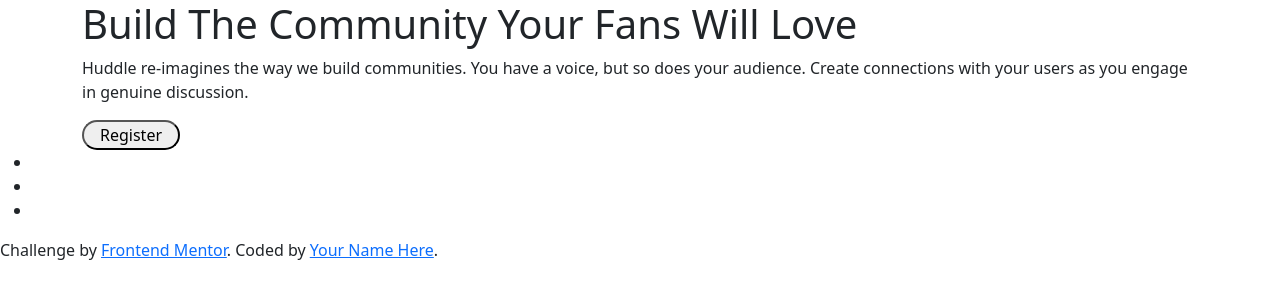
Repository: blordeus/huddle-landing-page-with-single-introductory-section-master
Page: index.html
These files come from the project's save history. The page is drawn as it stood at one moment and after the next save; the edit follows.
The browser window is 1280 px wide. The pictures show the whole page.

Above is the page before, as saved 2023-08-31 19:17:47.

### index.html
<!DOCTYPE html>
<html lang="en">
<head>
  <meta charset="UTF-8">
  <meta name="viewport" content="width=device-width, initial-scale=1.0"> <!-- displays site properly based on user's device -->

  <link rel="icon" type="image/png" sizes="32x32" href="./images/favicon-32x32.png">
  <link href="https://cdn.jsdelivr.net/npm/bootstrap@5.3.1/dist/css/bootstrap.min.css" rel="stylesheet" integrity="sha384-4bw+/aepP/YC94hEpVNVgiZdgIC5+VKNBQNGCHeKRQN+PtmoHDEXuppvnDJzQIu9" crossorigin="anonymous">

  <title>Frontend Mentor | Huddle landing page with single introductory section</title>

  <!-- Feel free to remove these styles or customise in your own stylesheet 👍 -->

</head>
<body>

  <section class="container">
    <h1>Build The Community Your Fans Will Love</h1>
    <p>
      Huddle re-imagines the way we build communities. You have a voice, but so does your audience.
      Create connections with your users as you engage in genuine discussion.
    </p>
    <button class="rounded-pill px-3 px-1">Register</button>
  </section>

  <div class="icons">
    <ul>
      <li><i class="fas fa-facebook    "></i></li>
      <li><i class="fas fa-twitter    "></i></li>
      <li><i class="fas fa-instagram  "></i></li>
    </ul>
  </div>

  <footer>
    <p class="attribution">
      Challenge by <a href="https://www.frontendmentor.io?ref=challenge" target="_blank">Frontend Mentor</a>.
      Coded by <a href="#">Your Name Here</a>.
    </p>
  </footer>
</body>
</html>

After the next save:
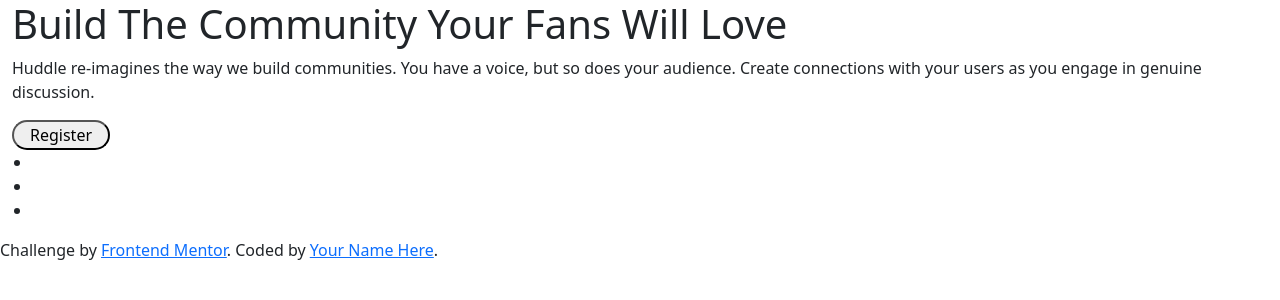
Saved 7 s later.
--- a/index.html
+++ b/index.html
@@ -14,7 +14,7 @@
 </head>
 <body>
 
-  <section class="container">
+  <section class="container-fluid">
     <h1>Build The Community Your Fans Will Love</h1>
     <p>
       Huddle re-imagines the way we build communities. You have a voice, but so does your audience.
